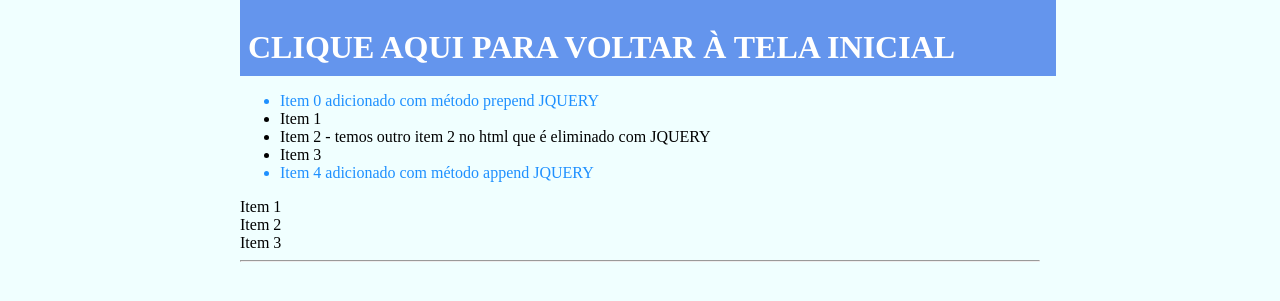
Repository: 2001mariana/jquery
Page: add-and-remove-html-elements.html
These files come from the project's save history. The page is drawn as it stood at one moment and after the next save; the edit follows.
The browser window is 1280 px wide. The pictures show the whole page.

Above is the page before, as saved 2022-08-04 15:41:38.

### add-and-remove-html-elements.html

<!DOCTYPE html>
<html lang="pt-br">
	<head>
		<meta charset="UTF-8">
		<title>jQuery</title>

		<script src="https://code.jquery.com/jquery-3.3.1.min.js" integrity="sha256-FgpCb/KJQlLNfOu91ta32o/NMZxltwRo8QtmkMRdAu8=" crossorigin="anonymous"></script>
		<script>

			$(document).ready(() => {
				$('#lista1').prepend('<li style="color: #1E90FF">Item 0 adicionado com método prepend JQUERY</li>')
				$('#lista1').append('<li style="color: #1E90FF">Item 4 adicionado com método append JQUERY</li>')
				$('.item2-eliminado').remove()

			})

		</script>
	</head>

	<body style="margin: 0 auto; background-color: 	#F0FFFF; text-align: justify;">

		<div id="header" style="background-color: #6495ED; height: 60px; width: 100%; padding: 8px;">
			<a href="index.html" style="text-decoration: none; text-transform: uppercase; color:#FFFFFF;"><h1>
				Clique aqui para voltar à tela inicial</h1></a>
		</div>


		<ul id="lista1">
			<li>Item 1</li>
            <li>Item 2 - temos outro item 2 no html que é eliminado com JQUERY</li>
			<li class="item2-eliminado">Item 2- eliminado com JQUERY</li>
			<li>Item 3</li>
		</ul>

		<div id="lista2">
			<div>Item 1</div>
			<div class="item2">Item 2</div>
			<div>Item 3</div>
		</div>

		<hr id="linha" />

	</body>

    <script>
		$("body").css("width", "800px")
    </script>

</html>

After the next save:
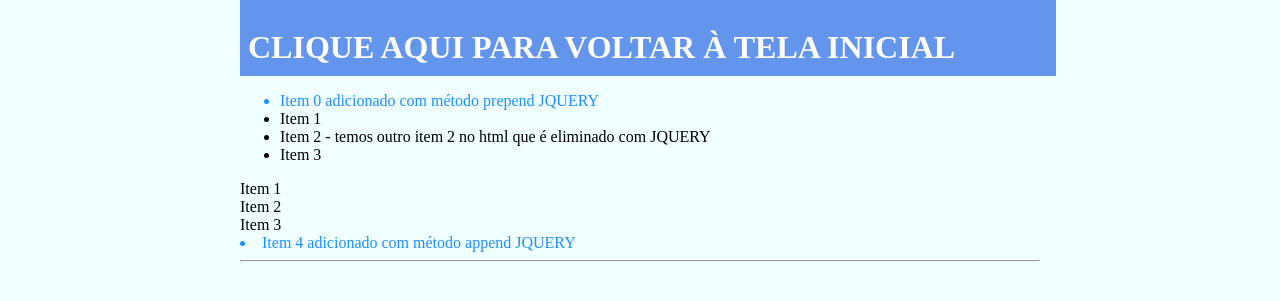
Saved 41 s later.
--- a/add-and-remove-html-elements.html
+++ b/add-and-remove-html-elements.html
@@ -10,7 +10,7 @@
 
 			$(document).ready(() => {
 				$('#lista1').prepend('<li style="color: #1E90FF">Item 0 adicionado com método prepend JQUERY</li>')
-				$('#lista1').append('<li style="color: #1E90FF">Item 4 adicionado com método append JQUERY</li>')
+				$('#lista2').append('<li style="color: #1E90FF">Item 4 adicionado com método append JQUERY</li>')
 				$('.item2-eliminado').remove()
 
 			})
